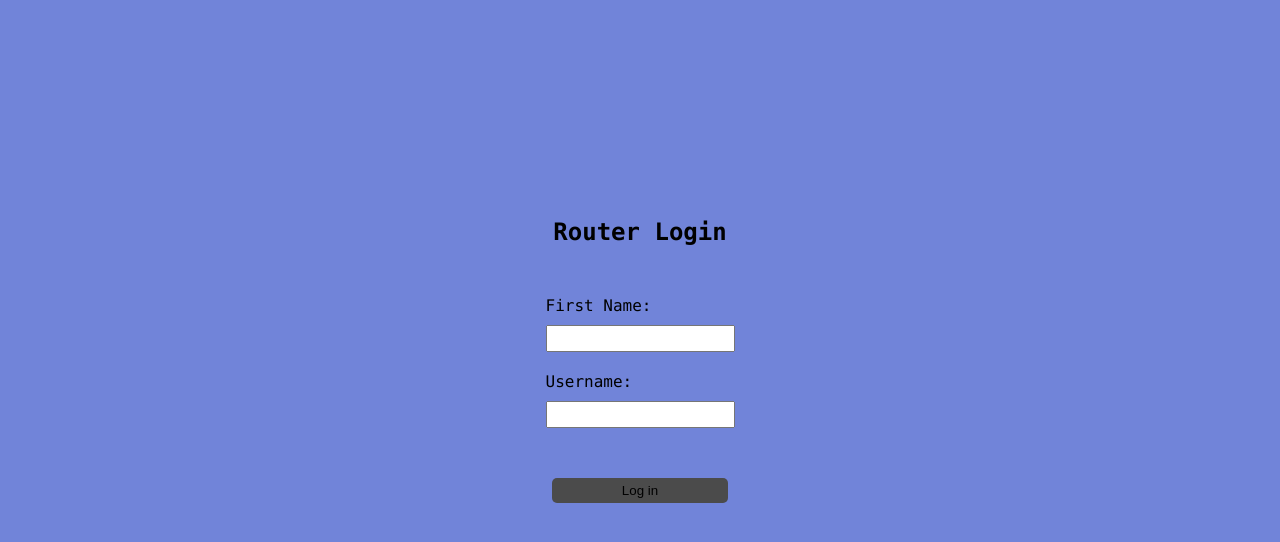
Repository: Mariessa-Pinto/week2-next.js-next-router-login
Page: /
An editor plug-in stored every save of this project. The page is shown before and after the next save, followed by the edit.
The browser window is 1280 px wide. The pictures show the whole page.
The project was rebuilt for these pictures with package versions that can differ from the ones it lists, and the page was loaded fresh each time. The framework's server and built-in components were replaced by stand-ins that run in the browser. Also part of the build but not shown: next.config.js.

Above is the page before, as saved 2023-01-11 15:05:42.

After the next save:
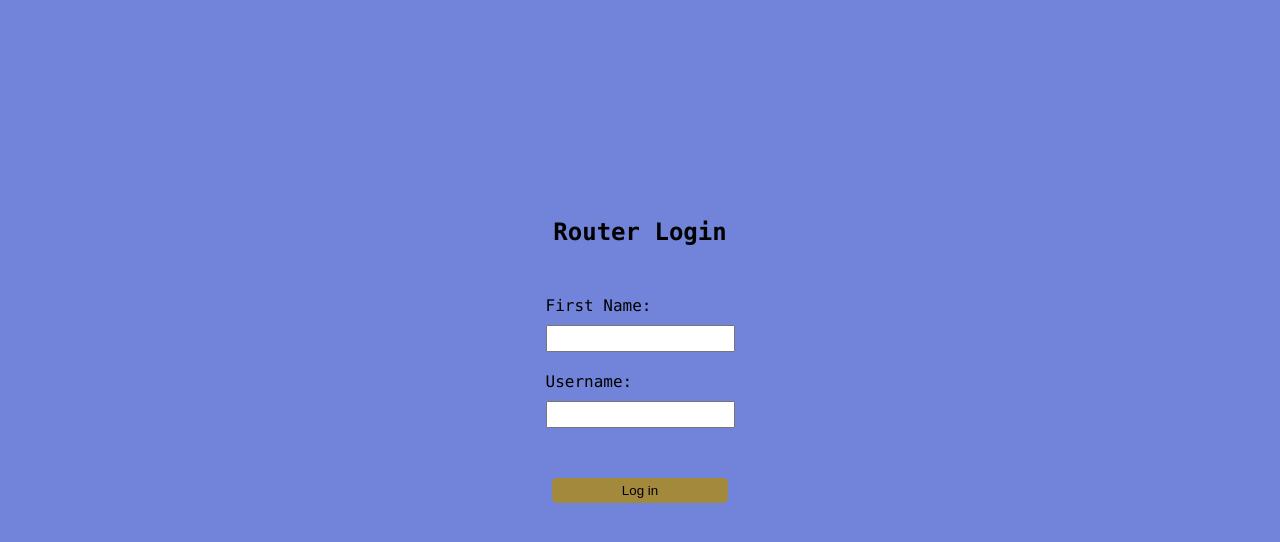
Saved 13 s later.
--- a/styles/Home.module.css
+++ b/styles/Home.module.css
@@ -14,7 +14,7 @@
   border: 1px solid rgb(var(--dark-red));
   padding: 5px 70px;
   border-radius: 5px;
-  background-color: var(--dark-gray);
+  background-color: var(--gold);
 }
 
 .button:hover {
